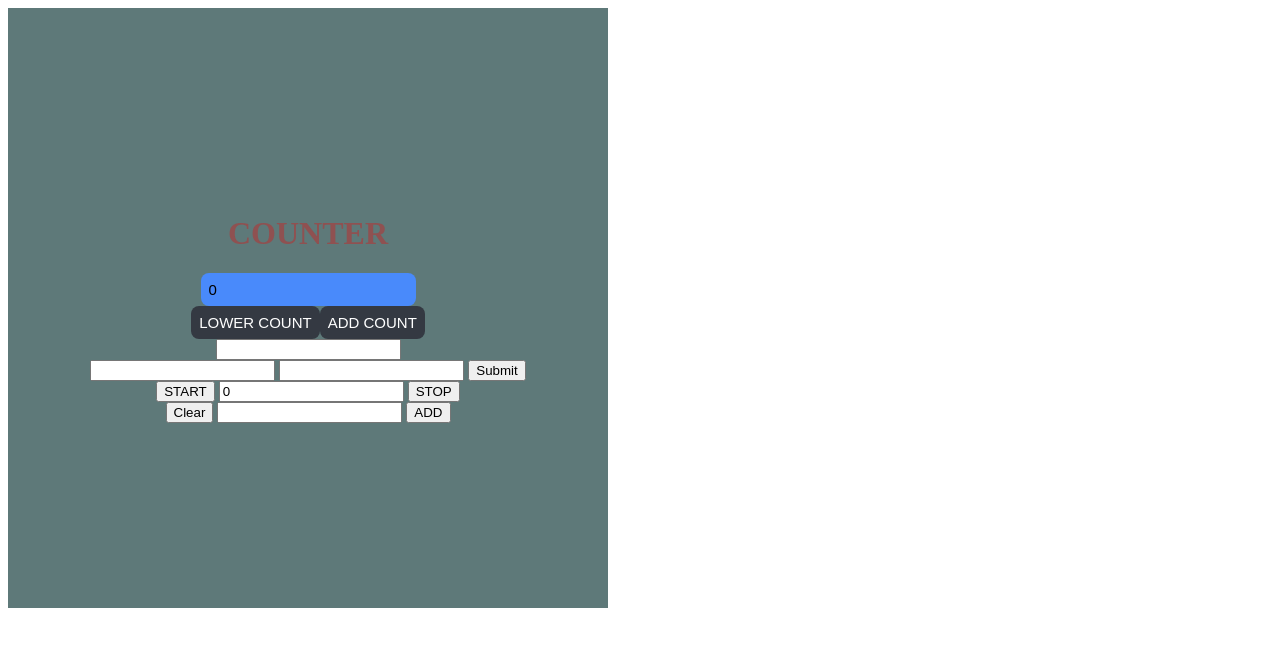
Repository: sedashahnazaryan/Caunter
Page: index.html
An editor plug-in stored every save of this project. The page is shown before and after the next save, followed by the edit.
The browser window is 1280 px wide. The pictures show the whole page.

Above is the page before, as saved 2022-02-15 01:29:09.

After the next save:
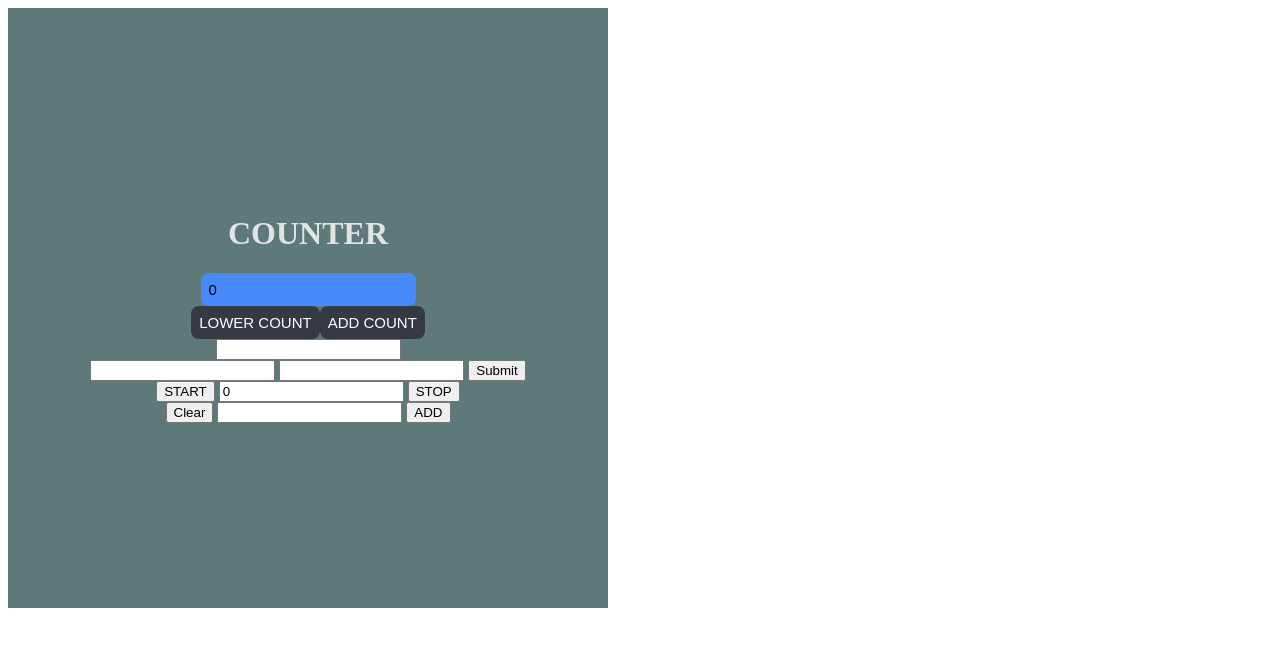
Saved 23 s later.
--- a/index.css
+++ b/index.css
@@ -13,7 +13,7 @@
 }
 
 .counter{
-color: rgba(151, 75, 75, 0.87);
+color: rgba(243, 243, 243, 0.87);
 
 }
 
